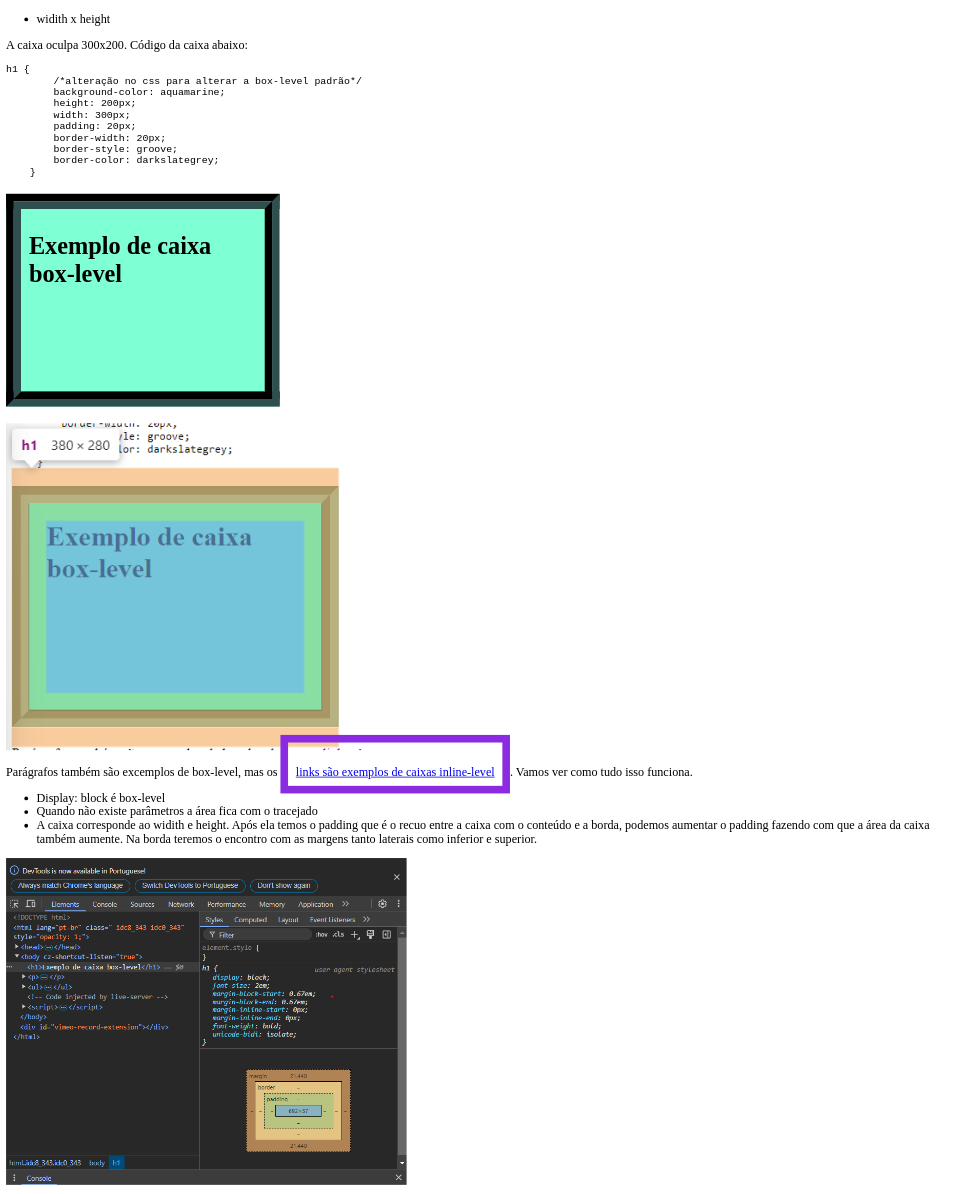
Repository: Willcmorais/vscode-workspace
Page: html-css/curso-em-video/modulo02/estudos/ex026-caixas/caixa01.html
These files come from the project's save history. The page is drawn as it stood at one moment and after the next save; the edit follows.
The browser window is 1280 px wide. The pictures show the whole page, at 76% of full size.

Above is the page before, as saved 2024-09-24 10:52:20.

### html-css/curso-em-video/modulo02/estudos/ex026-caixas/caixa01.html
<!DOCTYPE html>
<html lang="pt-br">

<head>
    <meta charset="UTF-8">
    <meta name="viewport" content="width=device-width, initial-scale=1.0">
    <link rel="stylesheet" href="style.css">
    <title>Modelo de Caixas</title>
</head>

<body>
    <ul>
        <li>widith x height</li>
    </ul>
    <p>A caixa oculpa 300x200. Código da caixa abaixo:</p>
    <pre><code>h1 {
        /*alteração no css para alterar a box-level padrão*/
        background-color: aquamarine;
        height: 200px;
        width: 300px;
        padding: 20px;
        border-width: 20px;
        border-style: groove;
        border-color: darkslategrey;
    }</code></pre>
    <h1>Exemplo de caixa box-level</h1>
    <img src="imgs/img2.png" alt="detalhes">
    <p>
        Parágrafos também são excemplos de box-level, mas os <a href="#">links são exemplos de caixas inline-level</a>.
        Vamos ver como tudo isso funciona.</p>
    <ul>
        <li>Display: block é box-level</li>
        <li>Quando não existe parâmetros a área fica com o tracejado</li>
        <li>A caixa corresponde ao widith e height. Após ela temos o padding que é o recuo entre a caixa com o conteúdo
            e a borda, podemos aumentar o padding fazendo com que a área da caixa também aumente. Na borda teremos o
            encontro com as margens tanto laterais como inferior e superior.</li>
    </ul>

    <img src="imgs/img1.png" alt="devltools caixas">
</body>

</html>

### html-css/curso-em-video/modulo02/estudos/ex026-caixas/style.css
@charset "utf8";

h1 {
    /*alteração no css para alterar a box-level padrão*/
    background-color: aquamarine;
    height: 200px;
    width: 300px;
    /*padding deve ser colocado para todos os lados seguindo o sentido de top right bottom left*/
    padding-top: 30px;
    padding-right: 10px;
    padding-bottom: 10px;
    padding-left: 10px;
    /*padding: 20px;*/
    border-width: 20px;
    border-style: groove;
    border-color: darkslategrey;
}

/*parâmetro em css para a ancora*/
a {
    border-width: 10px;
    border-style: solid;
    border-color: blueviolet;
    padding-top: 30px;
    padding-right: 10px;
    padding-bottom: 10px;
    padding-left: 10px;
}

img {
    height: 430px;
}

After the next save:
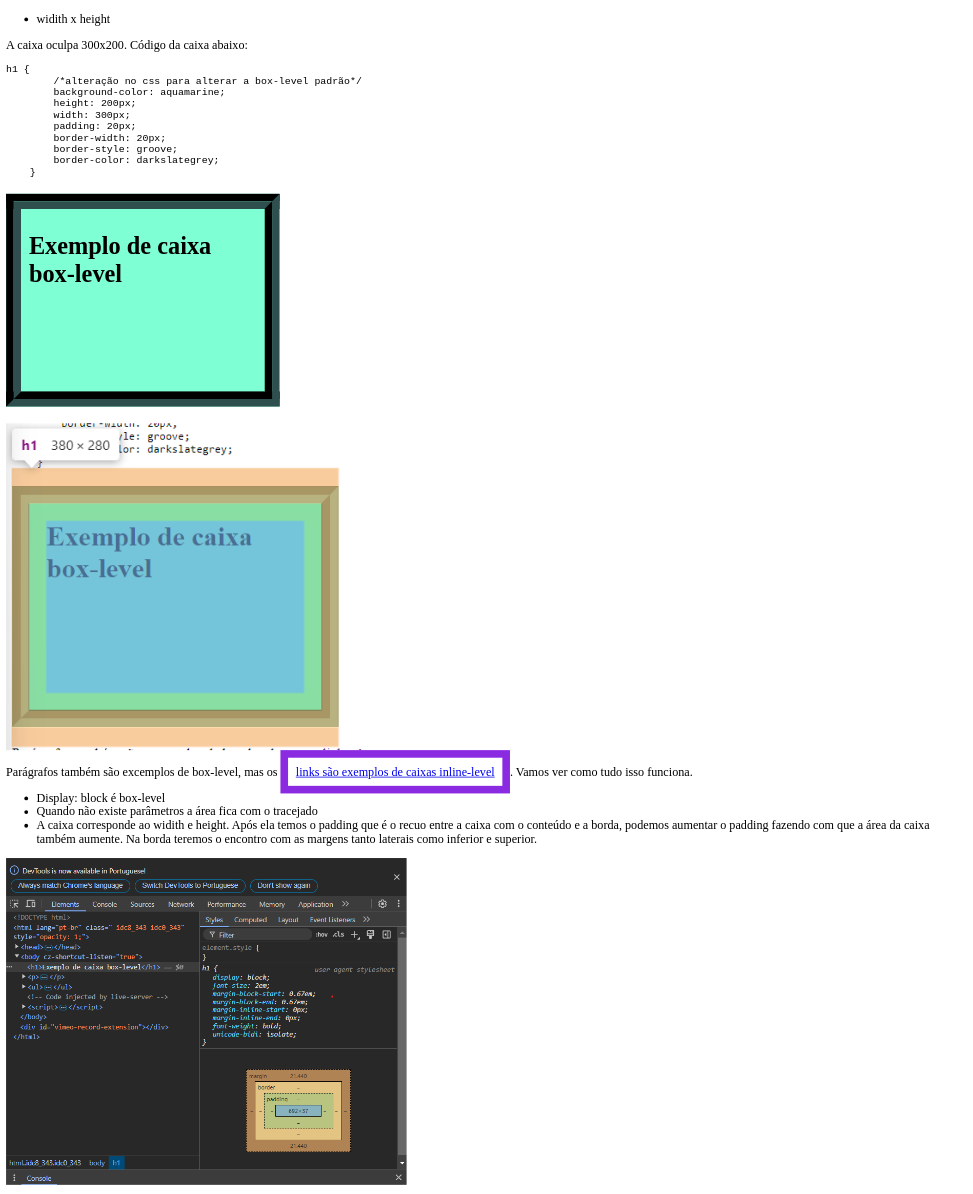
Saved 11 s later.
--- a/html-css/curso-em-video/modulo02/estudos/ex026-caixas/style.css
+++ b/html-css/curso-em-video/modulo02/estudos/ex026-caixas/style.css
@@ -21,7 +21,7 @@ a {
     border-width: 10px;
     border-style: solid;
     border-color: blueviolet;
-    padding-top: 30px;
+    padding-top: 10px;
     padding-right: 10px;
     padding-bottom: 10px;
     padding-left: 10px;
